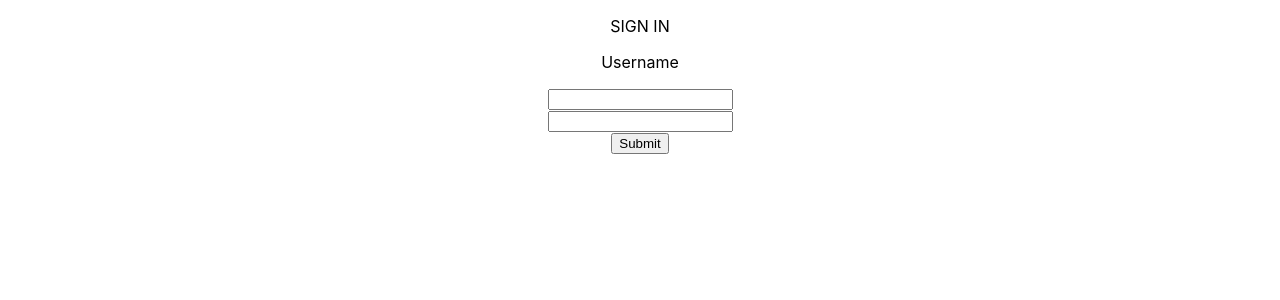
Repository: PreetiToppo/networking
Page: /
An editor plug-in stored every save of this project. The page is shown before and after the next save, followed by the edit.
The browser window is 1280 px wide. The pictures show the whole page.
The project was rebuilt for these pictures with package versions that can differ from the ones it lists, and the page was loaded fresh each time. Also part of the build but not shown: src/App.css.

Above is the page before, as saved 2023-01-21 19:35:11.

After the next save:
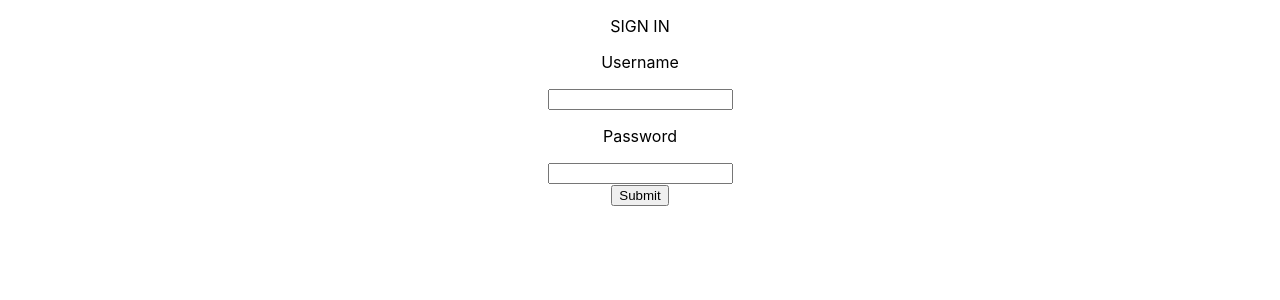
Saved 55 s later.
--- a/src/App.js
+++ b/src/App.js
@@ -26,7 +26,10 @@ const submitHandler = e => {
       <p>Username</p>
       <input type="text" name="username" value={username} onChange={changeHandler}/><br/>
       </div>
+      <div className="pass">
+      <p>Password</p>
       <input type="password" name="password" value={password} onChange={changeHandler}/><br/>
+      </div>
       <input type="submit" name="submit"/>
       </form>
       </center>
